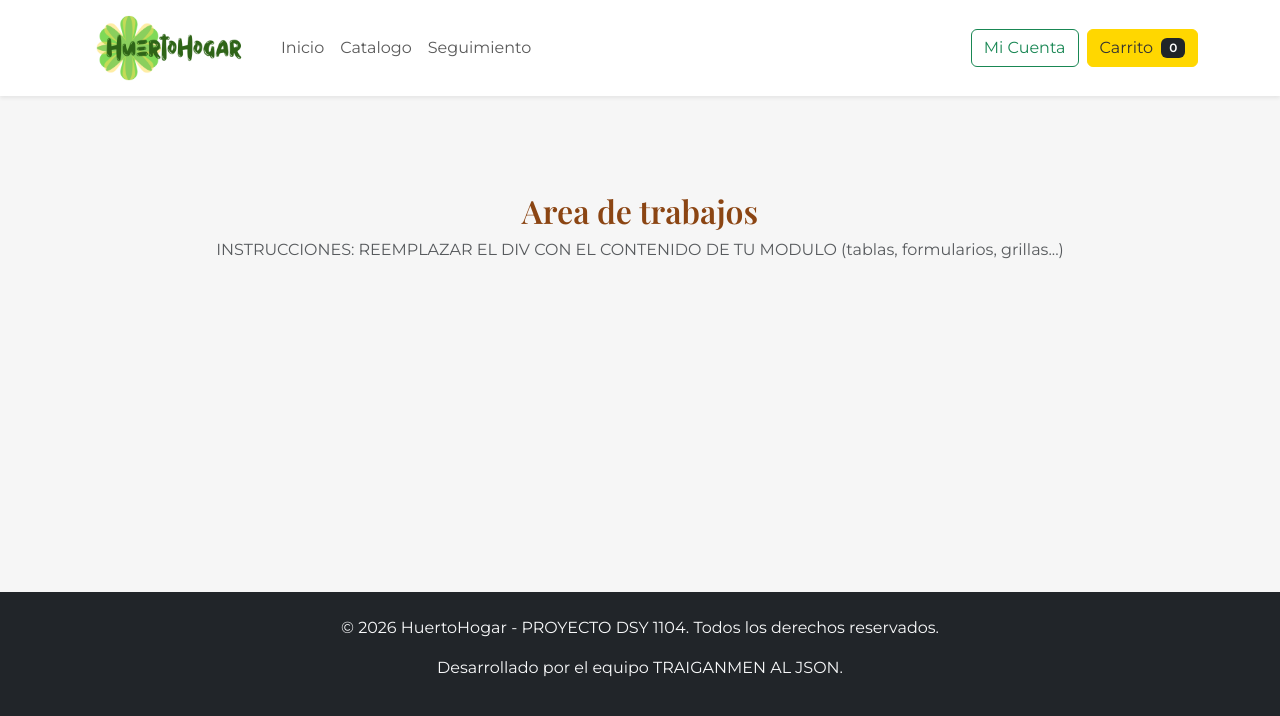
Repository: RottZen/Ev_1_Huerto_Hogar
Page: 8_admin/admin.html
These files come from the project's save history. The page is drawn as it stood at one moment and after the next save; the edit follows.
The browser window is 1280 px wide. The pictures show the whole page.

Above is the page before, as saved 2026-09-08 22:35:16.

### 8_admin/admin.html
<!DOCTYPE html>
<html lang="es">
<head>
    <meta charset="UTF-8">
    <meta name="viewport" content="width=device-width, initial-scale=1.0">
    <title>Admin - HuertoHogar</title>
    <link href="https://cdn.jsdelivr.net/npm/bootstrap@5.3.2/dist/css/bootstrap.min.css" rel="stylesheet">
    <link href="https://fonts.googleapis.com/css2?family=Montserrat:wght@400;600&family=Playfair+Display:wght@600;700&display=swap" rel="stylesheet">
    <link rel="stylesheet" href="../7_comunes/global.css">

</head>
<body class="d-flex flex-column min-vh-100">
    <!-- menu de navegacion -->
    <header>
        <nav class="navbar navbar-expand-lg navbar-light bg-white shadow-sm">
            <div class="container">
                <a class="navbar-brand" href="../1_inicio/index.html">
                    <img src="../assets/img/logo.png" alt="Logo HuertoHogar" class="logo-header d-inline-block align-text-center">
                </a>
                <button class="navbar-toggler" type="button" data-bs-toggle="collapse" data-bs-target="#menuNavegacion">
                    <span class="navbar-toggler-icon"></span>
                </button>

                <div class="collapse navbar-collapse" id="menuNavegacion">
                    <ul class="navbar-nav me-auto mb-2 mb-lg-0">
                        <li class="nav-item"><a class="nav-link" href="../1_inicio/index.html">Inicio</a></li>
                        <li class="nav-item"><a class="nav-link" href="../2_catalogo/catalogo.html">Catalogo</a></li>
                        <li class="nav-item"><a class="nav-link" href="../6_seguimiento/rastreo.html">Seguimiento</a></li>
                    </ul>
                    <div class="d-flex gap-2">
                        <a href="../4_autenticacion/registro.html" class="btn btn-outline-success">Mi Cuenta</a>
                        <!-- boton del carrito de compras con contador dinamico js KU -->
                        <a href="../3_carrito/carrito.html" class="btn btn-warning">
                            Carrito <span class="badge bg-dark ms-1" id="contador-carrito">0</span>
                        </a>
                    </div>
                </div>
            </div>
        </nav>
    </header>

    <!-- MAIN CONTENEDOR DINAMICO -->
    <main class="container my-5 flex-grow-1">
        <div class="text-center text-muted p-5 border-dashed rounded">
            <h2>Area de trabajos</h2>
            <p>INSTRUCCIONES: REEMPLAZAR EL DIV CON EL CONTENIDO DE TU MODULO (tablas, formularios, grillas...)</p>
        </div>

    </main>
    <footer class="bg-dark text-light py-4 mt-auto">
        <div class="container text-center">
            <p>&copy; 2026 HuertoHogar - PROYECTO DSY 1104. Todos los derechos reservados.</p>
            <p>Desarrollado por el equipo TRAIGANMEN AL JSON.</p>
        </div>
    </footer>
    <script src="https://cdn.jsdelivr.net/npm/bootstrap@5.3.2/dist/js/bootstrap.bundle.min.js"></script>
    <script src="../7_comunes/datos.js"></script>





</body>
</html>

### 7_comunes/global.css
/* tipografia */
@import url('https://fonts.googleapis.com/css2?family=Montserrat:wght@400;600&family=Playfair+Display:wght@600;700&display=swap');

/* variable colores of */
:root{
    --blanco-suave: #f6f6f6;
    --verde-esmeralda: #2e8b57;
    --amarillo-mostaza: #ffd700;
    --marron-claro: #8B4513;
    --gris-oscuro: #333333;
    --gris-medio: #666666;

}
.logo-header{
    height: 70px;
    width: auto;
    object-fit: contain;

}

/* configuracion base */
body{
    background-color: var(--blanco-suave);
    color : var(--gris-oscuro);
    font-family: 'Montserrat', sans-serif;
}

h1, h2, h3, h4{
    font-family: 'Playfair Display', serif;
    color: var(--marron-claro)
}


/* sobreescribir botones feos de bootstrap */

.btn-primary{
    background-color: var(--verde-esmeralda) !important;
    border-color: var(--verde-esmeralda) !important;
    color: white !important;
}
.btn-primary:hover{
    background-color: #246b43 !important; /*mas oscurito pa q se note la interaccion */
    border-color: #246b43 !important;
}
.btn-warning{
    background-color: var(--amarillo-mostaza) !important;
    border-color: var(--amarillo-mostaza) !important;
    color: var(--gris-oscuro) !important;
}

### 7_comunes/datos.js
const productos = [
    {
        codigo: "FR001",
        nombre: "Manzanas Fuji",
        categoria: "frutas",
        precio: 1200,
        unidad: "kg",
        imagen: "../assets/img/manzana-fuji.jpg",
        descripcion: "Manzanas Fuji crujientes y dulces, cultivadas en el Valle del Maule. Perfectas para meriendas saludables o como ingrediente en postres.",
        origen: "Valle del Maule",
        stock: 150
    },
    {
        codigo: "FR002",
        nombre: "Naranjas Valencia",
        categoria: "frutas",
        precio: 1000,
        unidad: "kg",
        imagen: "../assets/img/naranjas-valencia.jpg",
        descripcion: "Jugosas y ricas en vitamina C, ideales para zumos frescos y refrescantes.",
        origen: "Chile",
        stock: 200
    },
    {
        codigo: "FR003",
        nombre: "Plátanos Cavendish",
        categoria: "frutas",
        precio: 800,
        unidad: "kg",
        imagen: "../assets/img/platanos-cavendish.jpg",
        descripcion: "Plátanos maduros y dulces, perfectos para el desayuno o como snack energético.",
        origen: "Chile",
        stock: 250
    },
    {
        codigo: "VR001",
        nombre: "Zanahorias Orgánicas",
        categoria: "verduras",
        precio: 900,
        unidad: "kg",
        imagen: "../assets/img/zanahorias-organicas.jpg",
        descripcion: "Zanahorias crujientes cultivadas sin pesticidas. Excelente fuente de vitamina A y fibra.",
        origen: "Región de O'Higgins",
        stock: 100
    },
    {
        codigo: "VR002",
        nombre: "Espinacas Frescas",
        categoria: "verduras",
        precio: 700,
        unidad: "bolsa 500g",
        imagen: "../assets/img/espinacas-frescas.jpg",
        descripcion: "Espinacas frescas y nutritivas, perfectas para ensaladas y batidos verdes.",
        origen: "Chile",
        stock: 80
    },
    {
        codigo: "VR003",
        nombre: "Pimientos Tricolores",
        categoria: "verduras",
        precio: 1500,
        unidad: "kg",
        imagen: "../assets/img/pimientos-tricolores.jpg",
        descripcion: "Pimientos rojos, amarillos y verdes, ideales para salteados y platos coloridos.",
        origen: "Chile",
        stock: 120
    },
    {
        codigo: "PO001",
        nombre: "Miel Orgánica",
        categoria: "organicos",
        precio: 5000,
        unidad: "frasco 500g",
        imagen: "../assets/img/miel-organica.jpg",
        descripcion: "Miel pura y orgánica producida por apicultores locales. Rica en antioxidantes y con un sabor inigualable.",
        origen: "Región de La Araucanía",
        stock: 50
    },
    {
        codigo: "PO003",
        nombre: "Quinua Orgánica",
        categoria: "organicos",
        precio: 3200,
        unidad: "bolsa 1kg",
        imagen: "../assets/img/quinua-organica.jpg",
        descripcion: "Quinua orgánica, alta en proteínas y libre de gluten, ideal para una alimentación saludable.",
        origen: "Chile",
        stock: 35
    },
    {
        codigo: "PL001",
        nombre: "Leche Entera",
        categoria: "lacteos",
        precio: 1100,
        unidad: "litro",
        imagen: "../assets/img/leche-entera.jpg",
        descripcion: "Leche entera proveniente de granjas locales, rica en calcio y nutrientes esenciales.",
        origen: "Chile",
        stock: 90
    }
];


/* ------------------------------------------------------------
   2. FUNCIONES DEL CARRITO DE COMPRAS
   ------------------------------------------------------------ */

function obtenerCarrito() {
    const carritoGuardado = localStorage.getItem("carritoHuertoHogar");
    return carritoGuardado ? JSON.parse(carritoGuardado) : [];
}

function guardarCarrito(carrito) {
    localStorage.setItem("carritoHuertoHogar", JSON.stringify(carrito));
    actualizarContadorCarrito();
}

function agregarAlCarrito(codProducto, cantidad = 1) {
    const producto = productos.find(p => p.codigo === codProducto);
    if (!producto) {
        console.error("Producto no encontrado:", codProducto);
        return;
    }

    const carrito = obtenerCarrito();
    const itemExistente = carrito.find(item => item.codigo === codProducto);

    if (itemExistente) {
        itemExistente.cantidad += cantidad;
    } else {
        carrito.push({
            codigo: producto.codigo,
            nombre: producto.nombre,
            precio: producto.precio,
            imagen: producto.imagen,
            cantidad: cantidad
        });
    }

    guardarCarrito(carrito); // antes se llamaba sin argumento y borraba el carrito
}

function eliminarDelCarrito(codProducto) {
    let carrito = obtenerCarrito();
    carrito = carrito.filter(item => item.codigo !== codProducto);
    guardarCarrito(carrito);
    renderizarCarrito();
}

function actualizarCantidad(codProducto, nuevaCantidad) {
    const carrito = obtenerCarrito();
    const item = carrito.find(item => item.codigo === codProducto);

    if (item && nuevaCantidad > 0) {
        item.cantidad = nuevaCantidad;
        guardarCarrito(carrito);
        renderizarCarrito();
    }
}

function calcularTotalCarrito() {
    const carrito = obtenerCarrito();
    return carrito.reduce((total, item) => total + (item.precio * item.cantidad), 0);
}

function actualizarContadorCarrito() {
    const contador = document.querySelector("#contador-carrito");
    if (!contador) return;

    const carrito = obtenerCarrito();
    const productosTotales = carrito.reduce((total, item) => total + item.cantidad, 0);
    contador.textContent = productosTotales;
}


/* ------------------------------------------------------------
   3. FUNCIONES DE RENDERIZADO (mostrar datos en el HTML)
   ------------------------------------------------------------ */

// Dibuja las tarjetas de productos (Bootstrap) en catalogo.html
function renderizarProductos(listaProductos = productos) {
    const contenedor = document.querySelector(".grid-productos");
    if (!contenedor) return;

    contenedor.innerHTML = "";

    if (listaProductos.length === 0) {
        contenedor.innerHTML = `<p class="text-center text-secondary">No se encontraron productos.</p>`;
        return;
    }

    listaProductos.forEach(producto => {
        const columna = document.createElement("div");
        columna.classList.add("col");
        columna.innerHTML = `
            <div class="card h-100 shadow-sm tarjeta-producto">
                <img src="${producto.imagen}" class="card-img-top" alt="${producto.nombre}">
                <div class="card-body d-flex flex-column">
                    <h5 class="card-title">${producto.nombre}</h5>
                    <p class="card-text text-secondary small mb-1">${producto.origen}</p>
                    <p class="card-text fw-semibold">
                        $${producto.precio.toLocaleString("es-CL")} / ${producto.unidad}
                    </p>
                    <button class="btn btn-success mt-auto"
                        onclick="agregarAlCarrito('${producto.codigo}')">
                        Agregar al carrito
                    </button>
                </div>
            </div>
        `;
        contenedor.appendChild(columna);
    });
}

function filtrarPorCategoria(categoria) {
    if (categoria === "todos") {
        renderizarProductos(productos);
    } else {
        const filtrados = productos.filter(p => p.categoria === categoria);
        renderizarProductos(filtrados);
    }
}

// Dibuja el contenido del carrito en páginas que usen .lista-carrito
// (si carrito.html usa su propia tabla Bootstrap, ver carrito.js en su lugar)
function renderizarCarrito() {
    const contenedor = document.querySelector(".lista-carrito");
    if (!contenedor) return;

    const carrito = obtenerCarrito();
    contenedor.innerHTML = "";

    if (carrito.length === 0) {
        contenedor.innerHTML = "<p>Tu carrito está vacío.</p>";
    } else {
        carrito.forEach(item => {
            const fila = document.createElement("div");
            fila.classList.add("item-carrito");
            fila.innerHTML = `
                <img src="${item.imagen}" alt="${item.nombre}">
                <span>${item.nombre}</span>
                <input type="number" min="1" value="${item.cantidad}"
                    onchange="actualizarCantidad('${item.codigo}', parseInt(this.value))">
                <span>$${(item.precio * item.cantidad).toLocaleString("es-CL")}</span>
                <button onclick="eliminarDelCarrito('${item.codigo}')">Eliminar</button>
            `;
            contenedor.appendChild(fila);
        });
    }

    const totalElemento = document.querySelector(".total-carrito");
    if (totalElemento) {
        totalElemento.textContent = `Total: $${calcularTotalCarrito().toLocaleString("es-CL")}`;
    }
}


/* ------------------------------------------------------------
   4. INICIALIZACIÓN
   ------------------------------------------------------------ */
document.addEventListener("DOMContentLoaded", () => {
    actualizarContadorCarrito();
    renderizarProductos();
    renderizarCarrito();
});

After the next save:
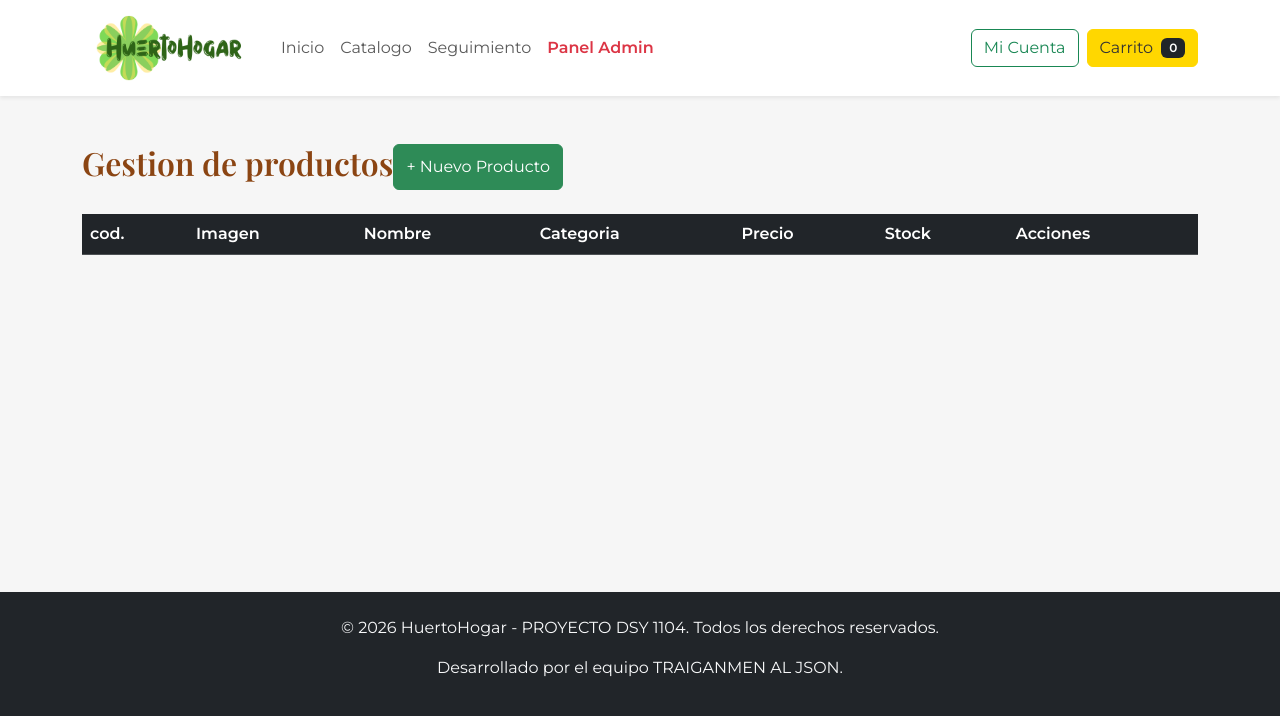
Saved 17 min 5 s later.
--- a/8_admin/admin.html
+++ b/8_admin/admin.html
@@ -26,6 +26,7 @@
                         <li class="nav-item"><a class="nav-link" href="../1_inicio/index.html">Inicio</a></li>
                         <li class="nav-item"><a class="nav-link" href="../2_catalogo/catalogo.html">Catalogo</a></li>
                         <li class="nav-item"><a class="nav-link" href="../6_seguimiento/rastreo.html">Seguimiento</a></li>
+                        <li class="nav-item"> <a class="nav-link active fw-bold text-danger" href="admin.html">Panel Admin</a></li>
                     </ul>
                     <div class="d-flex gap-2">
                         <a href="../4_autenticacion/registro.html" class="btn btn-outline-success">Mi Cuenta</a>
@@ -41,10 +42,29 @@
 
     <!-- MAIN CONTENEDOR DINAMICO -->
     <main class="container my-5 flex-grow-1">
-        <div class="text-center text-muted p-5 border-dashed rounded">
-            <h2>Area de trabajos</h2>
-            <p>INSTRUCCIONES: REEMPLAZAR EL DIV CON EL CONTENIDO DE TU MODULO (tablas, formularios, grillas...)</p>
+        <div class="d-flex justify-content-vetween align-item-center mb-4">
+            <h2>Gestion de productos</h2>
+            <button class="btn btn-primary">+ Nuevo Producto</button>
         </div>
+
+        <div class="table-responsive">
+            <table class="table table-hover align-middle">
+                <thead class="table-dark">
+                    <tr>
+                        <th>cod.</th>
+                        <th>Imagen</th>
+                        <th>Nombre</th>
+                        <th>Categoria</th>
+                        <th>Precio</th>
+                        <th>Stock</th>
+                        <th>Acciones</th>
+                    </tr>
+                </thead>
+                <tbody id="tabla-admin-productos"></tbody>
+            </table>
+
+        </div>
+
 
     </main>
     <footer class="bg-dark text-light py-4 mt-auto">
